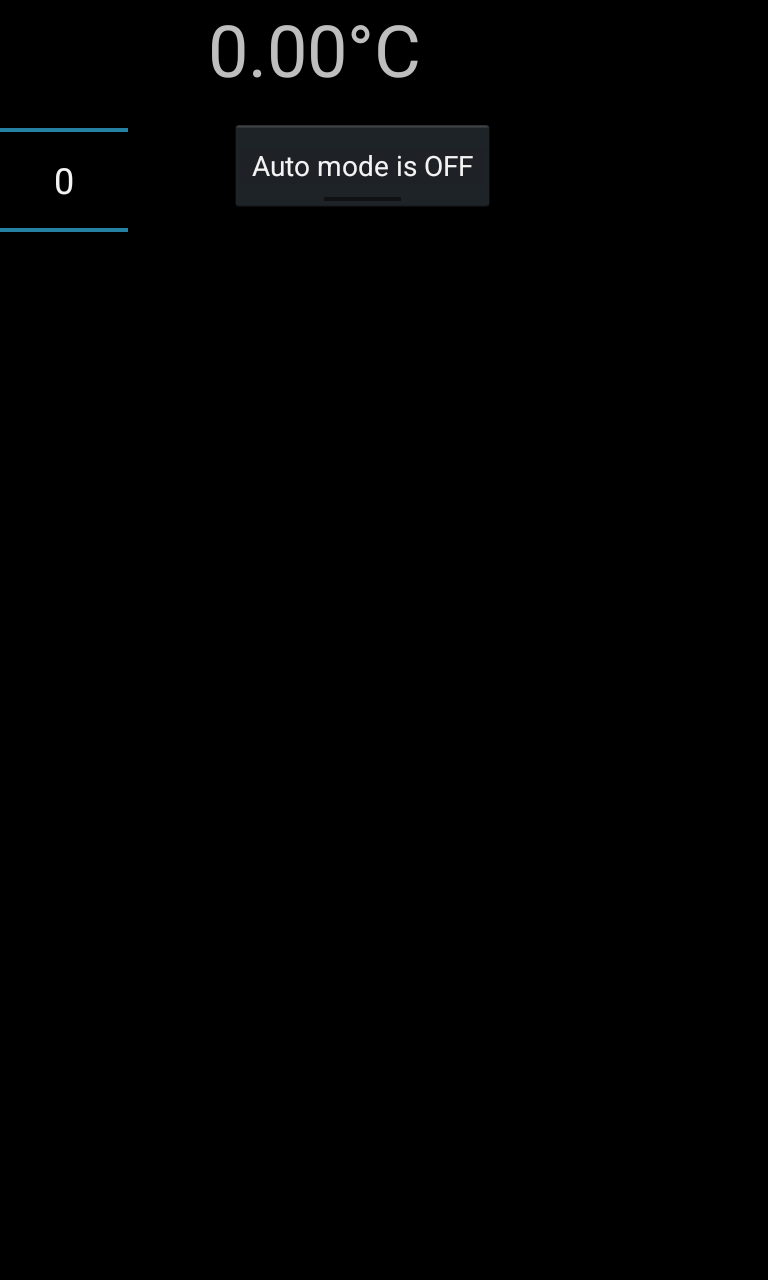
Repository: deanzaka/Embedded-Freezmo
Layout: Embedded-Freezmo/applications/IOIOSimpleApp/res/layout/main.xml
An editor plug-in stored every save of this project. The layout is shown before and after the next save, followed by the edit.
It is drawn on a 768 x 1280 px phone screen (xhdpi) without system bars, with theme android:Theme.Holo; the app's code is not run.

Above is the layout before, as saved 2014-06-11 22:33:31.

### Embedded-Freezmo/applications/IOIOSimpleApp/res/layout/main.xml
<?xml version="1.0" encoding="utf-8"?>
<LinearLayout xmlns:android="http://schemas.android.com/apk/res/android"
    android:orientation="vertical"
    android:layout_width="fill_parent"
    android:layout_height="fill_parent">

    <LinearLayout
        android:layout_width="fill_parent"
        android:layout_height="wrap_content"
        android:orientation="vertical" >

        <LinearLayout
            android:layout_width="fill_parent"
            android:layout_height="wrap_content" >

            <NumberPicker
			    android:id="@+id/userTemp"
			    android:layout_width="wrap_content"
			    android:layout_height="wrap_content"
			    android:layout_alignParentRight="true"
			    android:layout_marginRight="40dp"/>

            <LinearLayout
                android:layout_width="172dp"
                android:layout_height="fill_parent"
                android:orientation="vertical" >

                <LinearLayout
                    android:layout_width="fill_parent"
                    android:layout_height="wrap_content" >

                    <TextView
					    android:id="@+id/TextView"
					    android:layout_width="wrap_content"
					    android:layout_height="wrap_content"
					    android:text="0.00"
					    android:textSize="36sp" />

                    <TextView
					    android:id="@+id/TextView"
					    android:layout_width="wrap_content"
					    android:layout_height="wrap_content"
					    android:text="°C"
					    android:textSize="36sp" />

                </LinearLayout>

				<ToggleButton
					android:id="@+id/ToggleAuto"
					android:layout_width="wrap_content"
					android:layout_height="wrap_content"
					android:layout_margin="10dp"
					android:textOff="Auto mode is OFF"
					android:textOn="Auto mode is ON"
					android:layout_gravity="left"
					/>
            </LinearLayout>

        </LinearLayout>

    </LinearLayout>

    <LinearLayout
        android:layout_width="fill_parent"
        android:layout_height="wrap_content"
        android:orientation="vertical" >
    </LinearLayout>

	</LinearLayout>

After the next save:
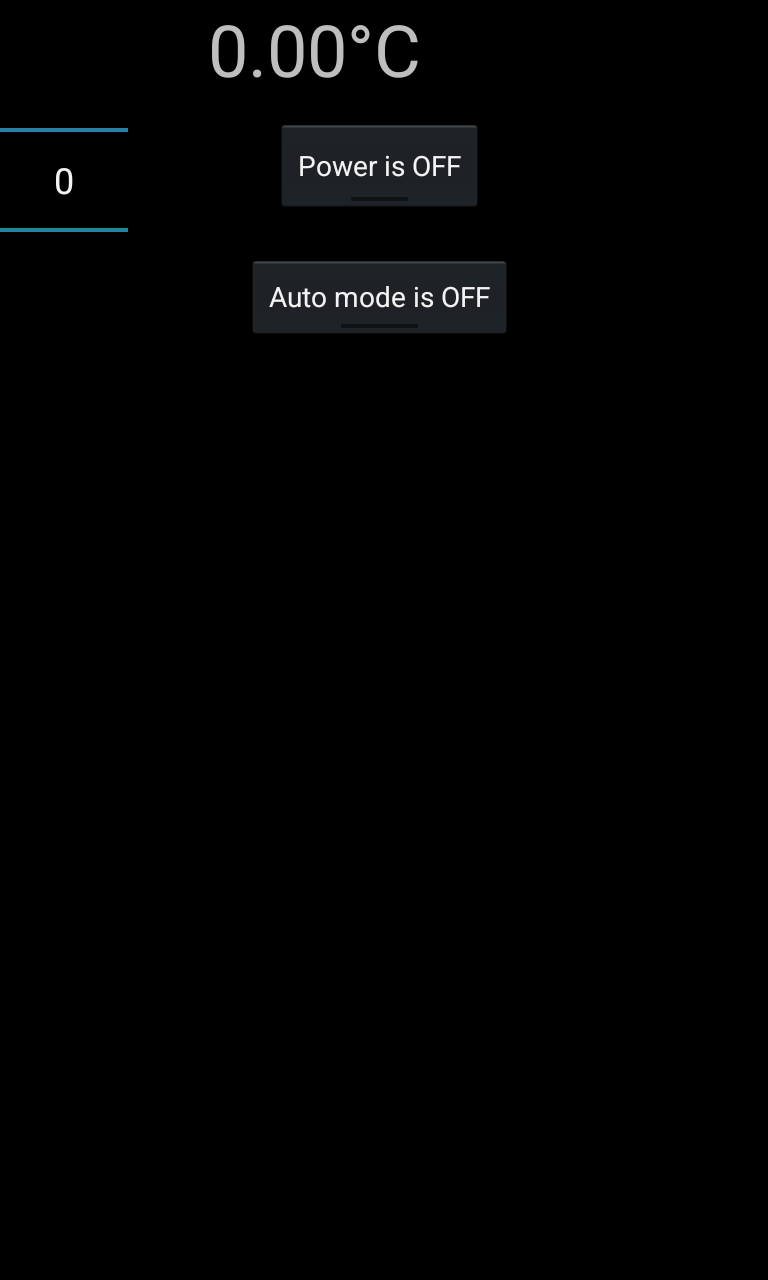
Saved 38 s later.
--- a/Embedded-Freezmo/applications/IOIOSimpleApp/res/layout/main.xml
+++ b/Embedded-Freezmo/applications/IOIOSimpleApp/res/layout/main.xml
@@ -46,13 +46,23 @@
                 </LinearLayout>
 
 				<ToggleButton
+					android:id="@+id/ToggleOn"
+					android:layout_width="wrap_content"
+					android:layout_height="wrap_content"
+					android:layout_margin="10dp"
+					android:textOff="Power is OFF"
+					android:textOn="Power mode is ON"
+					android:layout_gravity="center"
+					/>
+
+				<ToggleButton
 					android:id="@+id/ToggleAuto"
 					android:layout_width="wrap_content"
 					android:layout_height="wrap_content"
 					android:layout_margin="10dp"
 					android:textOff="Auto mode is OFF"
 					android:textOn="Auto mode is ON"
-					android:layout_gravity="left"
+					android:layout_gravity="center"
 					/>
             </LinearLayout>
 
